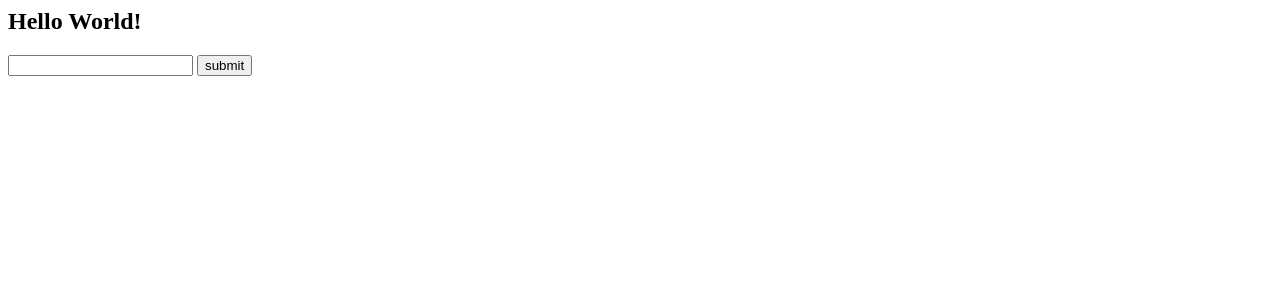
Repository: jalaj2123/SPRING-ORM
Page: http://localhost/Webap/
An editor plug-in stored every save of this project. The page is shown before and after the next save, followed by the edit.
The browser window is 1280 px wide. The pictures show the whole page.
The page is served by Tomcat 9. Other server files are loaded and not shown.

Above is the page before, as saved 2022-03-16 11:28:36.

### Webap/src/main/webapp/index.jsp
<html>
<body>
<h2>Hello World!</h2>
<form action="GetAlien">
<input type="text" name="aid"/>
<input type="submit" value="submit">

</form>
</body>
</html>

After the next save:
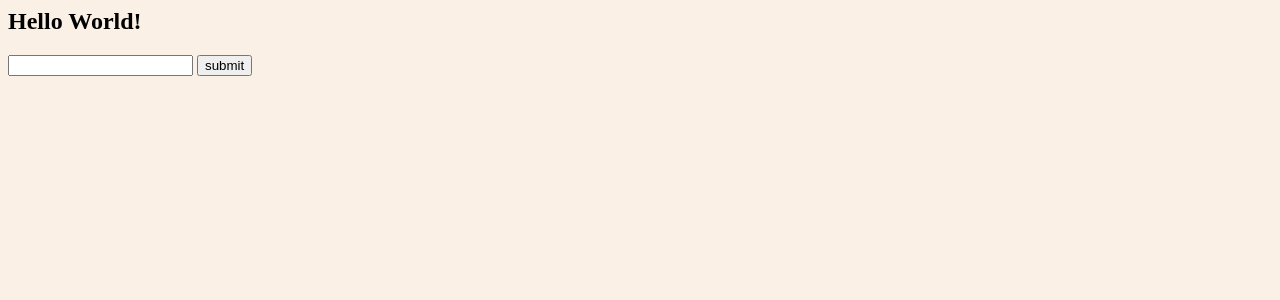
Saved 8 min 42 s later.
--- a/Webap/src/main/webapp/index.jsp
+++ b/Webap/src/main/webapp/index.jsp
@@ -1,4 +1,13 @@
 <html>
+
+<head>
+
+<style>
+body {
+    background-color: linen;
+}
+</style>
+</head>
 <body>
 <h2>Hello World!</h2>
 <form action="GetAlien">
